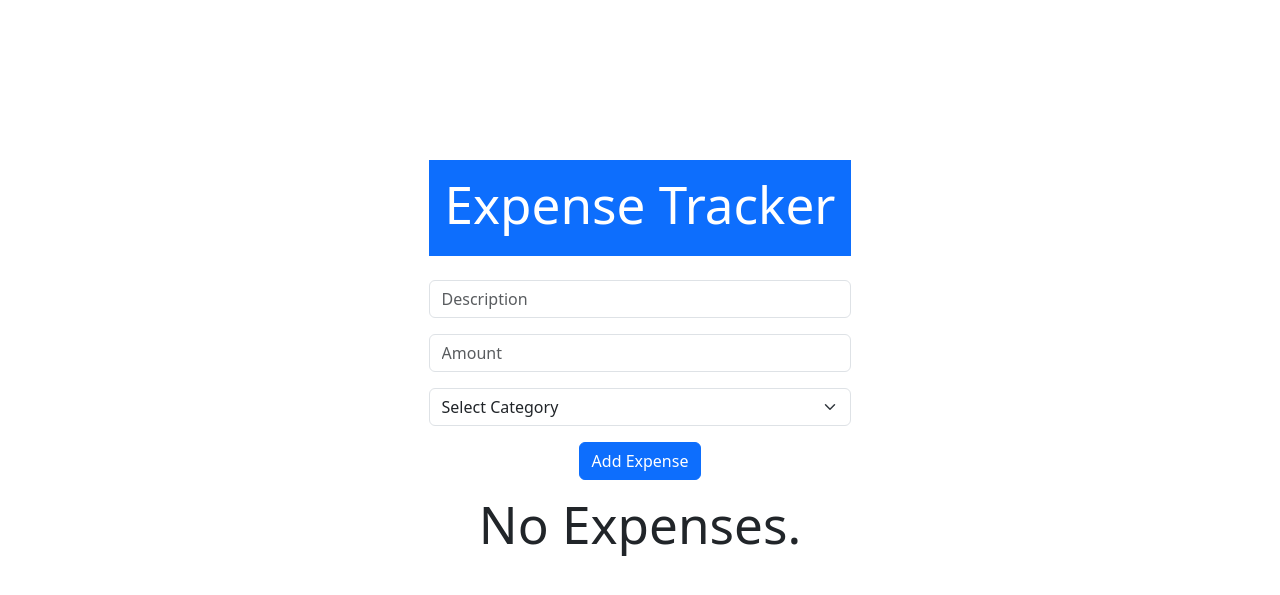
Repository: JuniorDevChris/ExpenseTracker
Page: / (app in frontend/)
The author's editor kept a copy of each file at every save. The page is drawn from the files as they stood at one save, then again after a run of saves.
The browser window is 1280 px wide. The pictures show the whole page.
The page's requests for data from a server got no answer. The project was rebuilt for these pictures with package versions that can differ from the ones it lists, and the page was loaded fresh each time. No one was signed in, and anything a server would have sent is missing. Also part of the build but not shown: frontend/vite.config.js.

Above is the page before, as saved 2024-07-07 18:32:37.

After the next 6 saves:
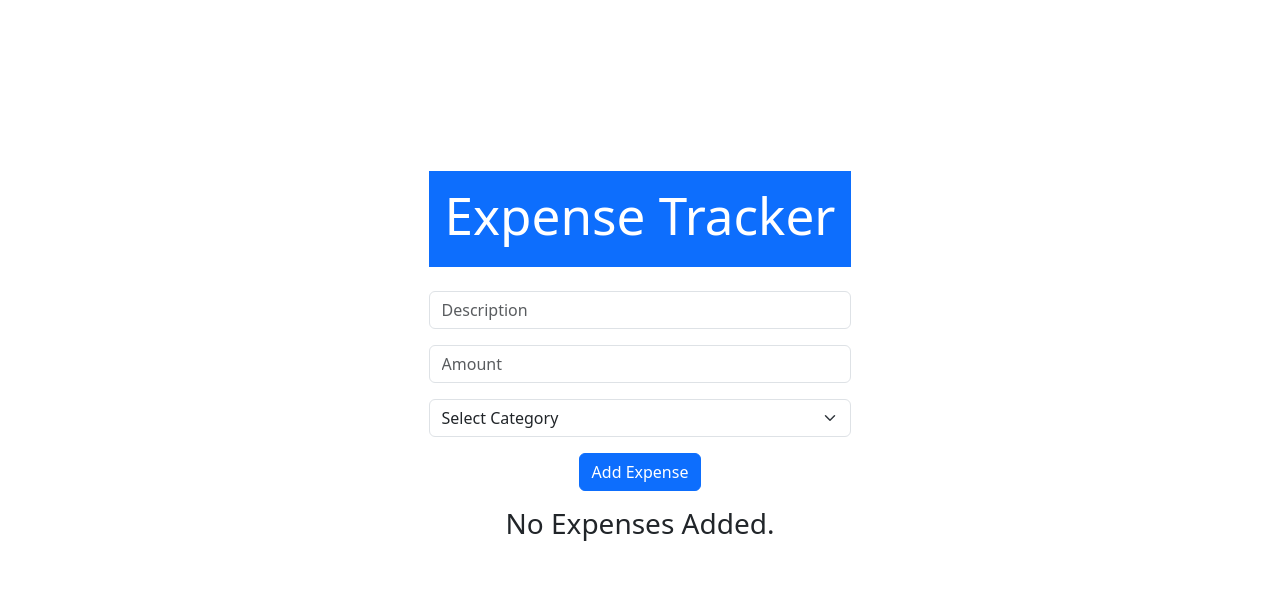
The 6 saves are shown as one change because they came seconds apart.
The last was saved 18 s later.
--- a/frontend/src/components/ExpenseList.jsx
+++ b/frontend/src/components/ExpenseList.jsx
@@ -4,7 +4,7 @@ const ExpenseList = ({ expenses, deleteExpense }) => {
   if(expenses.length === 0)
   {
     return (
-      <h1>No Expenses.</h1>
+      <h3>No Expenses Added.</h3>
     );
   }
   return (
